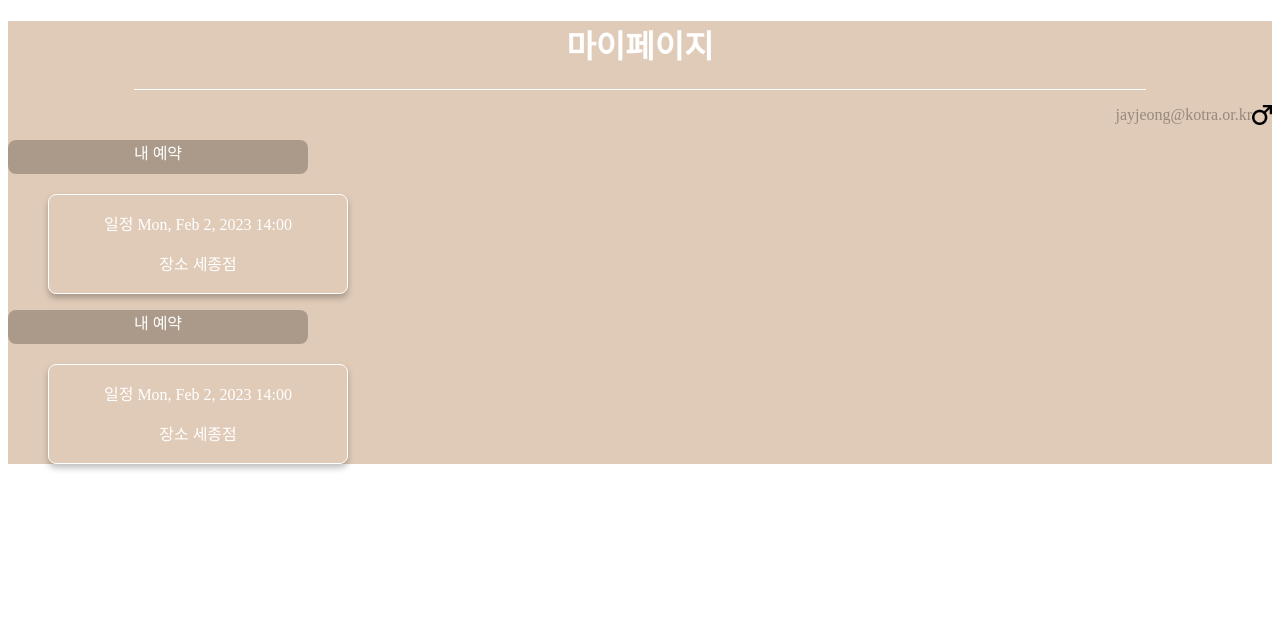
Repository: Jay-Jeong1988/speed_dating_pwa
Page: /booked_events
An editor plug-in stored every save of this project. The page is shown before and after a run of saves, followed by the edit.
The browser window is 1280 px wide. The pictures show the whole page.
The project was rebuilt for these pictures with package versions that can differ from the ones it lists, and the page was loaded fresh each time. Also part of the build but not shown: vue.config.js, src/views/LoginPage.vue, src/views/DashBoard.vue.

Above is the page before, as saved 2023-02-11 10:42:00.

After the next 2 saves:
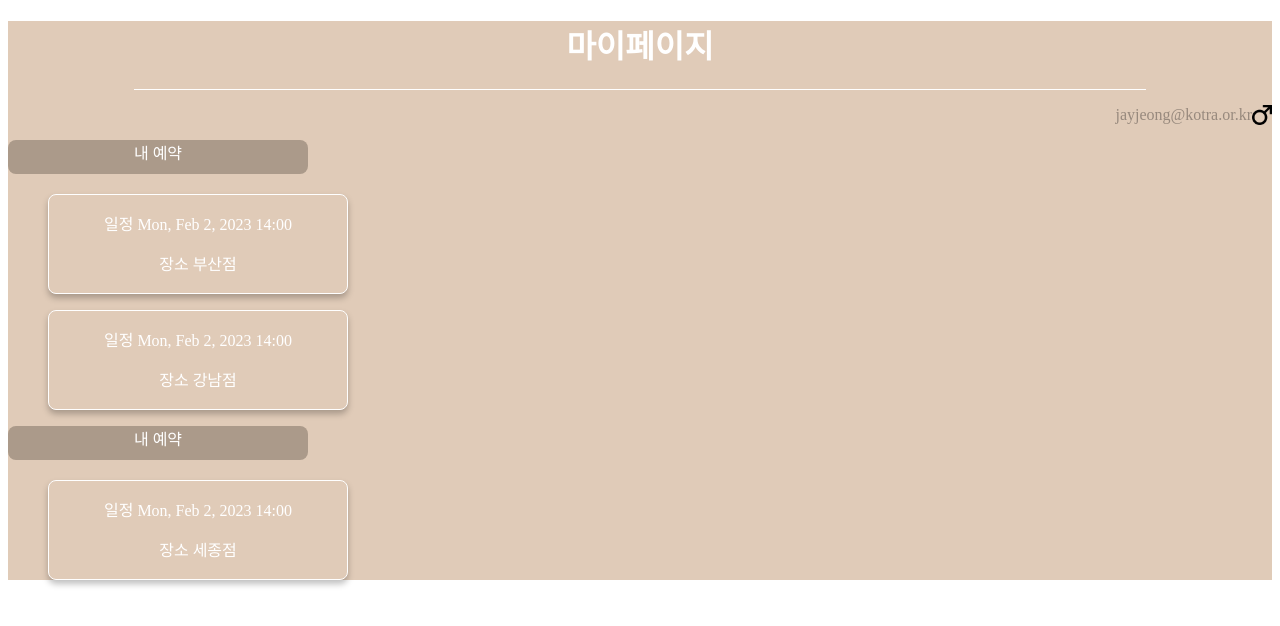
The 2 saves are shown as one change because they came seconds apart.
The last was saved 13 s later.
--- a/src/views/BookedEventsPage.vue
+++ b/src/views/BookedEventsPage.vue
@@ -3,7 +3,7 @@
       <Header></Header>
       <div class="menuContainer" v-if="booked_events.length">
         <div class="reservation-type">내 예약</div>
-        <ul class="menus" v-for="event in finished_events" :key="event.id">
+        <ul class="menus" v-for="event in booked_events" :key="event.id">
             <li >
               <div class="reservation">
                 <div class="reservation-card">
